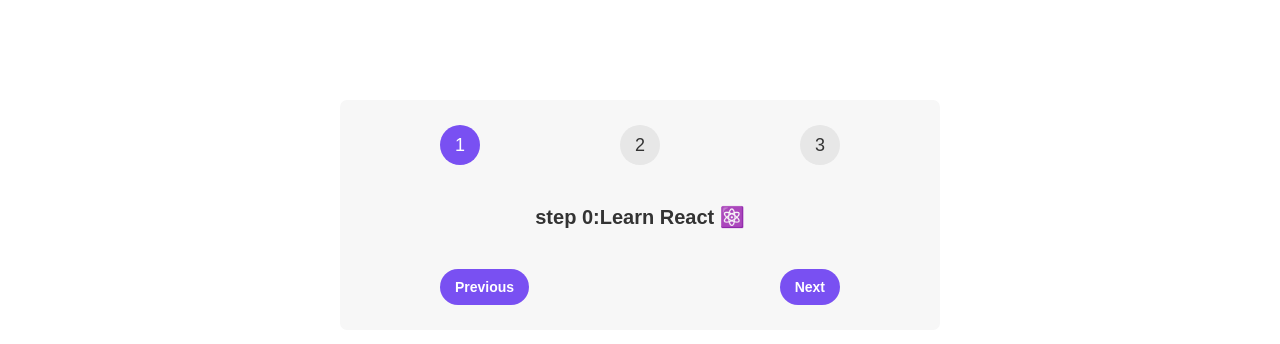
Repository: masamichan/steps
Page: /
An editor plug-in stored every save of this project. The page is shown before and after the next save, followed by the edit.
The browser window is 1280 px wide. The pictures show the whole page.
The project was rebuilt for these pictures with package versions that can differ from the ones it lists, and the page was loaded fresh each time.

Above is the page before, as saved 2023-12-30 17:33:32.

### src/App.js
const messages = [
  "Learn React ⚛️",
  "Apply for jobs 💼",
  "Invest your new income 🤑",
];

export default function App() {
  const step = 0;
  return (
    <div className="steps">
      <div className="numbers">
        <div className="active">1</div>
        <div>2</div>
        <div>3</div>
      </div>
      <p className="message">
        step {step}:{messages[step]}
      </p>
      <div className="buttons">
        <button style={{ backgroundColor: "#7950f2", color: "#fff" }}>
          Previous
        </button>
        <button style={{ backgroundColor: "#7950f2", color: "#fff" }}>
          Next
        </button>
      </div>
    </div>
  );
}

Loaded but not shown: public/index.html (common file); src/index.js (common file); src/index.css (common file)

After the next save:
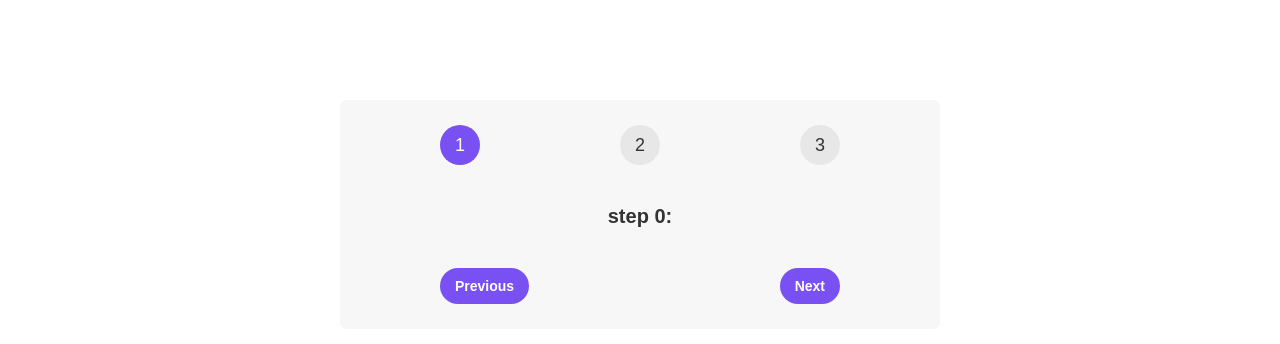
Saved 16 s later.
--- a/src/App.js
+++ b/src/App.js
@@ -14,7 +14,7 @@ export default function App() {
         <div>3</div>
       </div>
       <p className="message">
-        step {step}:{messages[step]}
+        step {step}:{messages[step - 1]}
       </p>
       <div className="buttons">
         <button style={{ backgroundColor: "#7950f2", color: "#fff" }}>
